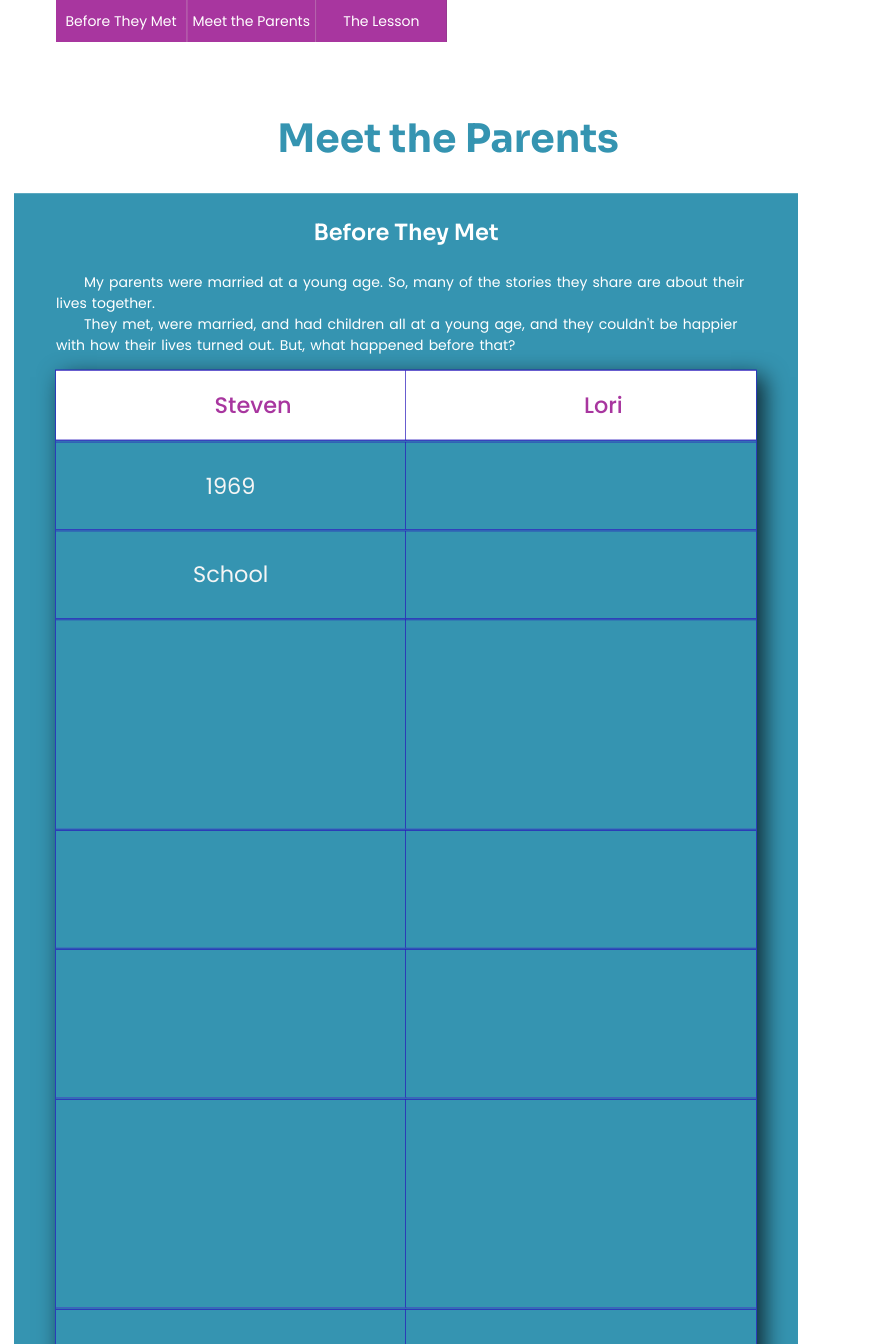
Repository: Sbethm/parents-tribute
Page: timeline.html
The author's editor kept a copy of each file at every save. The page is drawn from the files as they stood at one save, then again after the next save.
The browser window is 1280 px wide. The pictures show the part of the page from y = 0 to 1920 px (the page is 3570 px tall), at 70% of full size.

Above is the page before, as saved 2021-02-24 15:17:16.

After the next save:
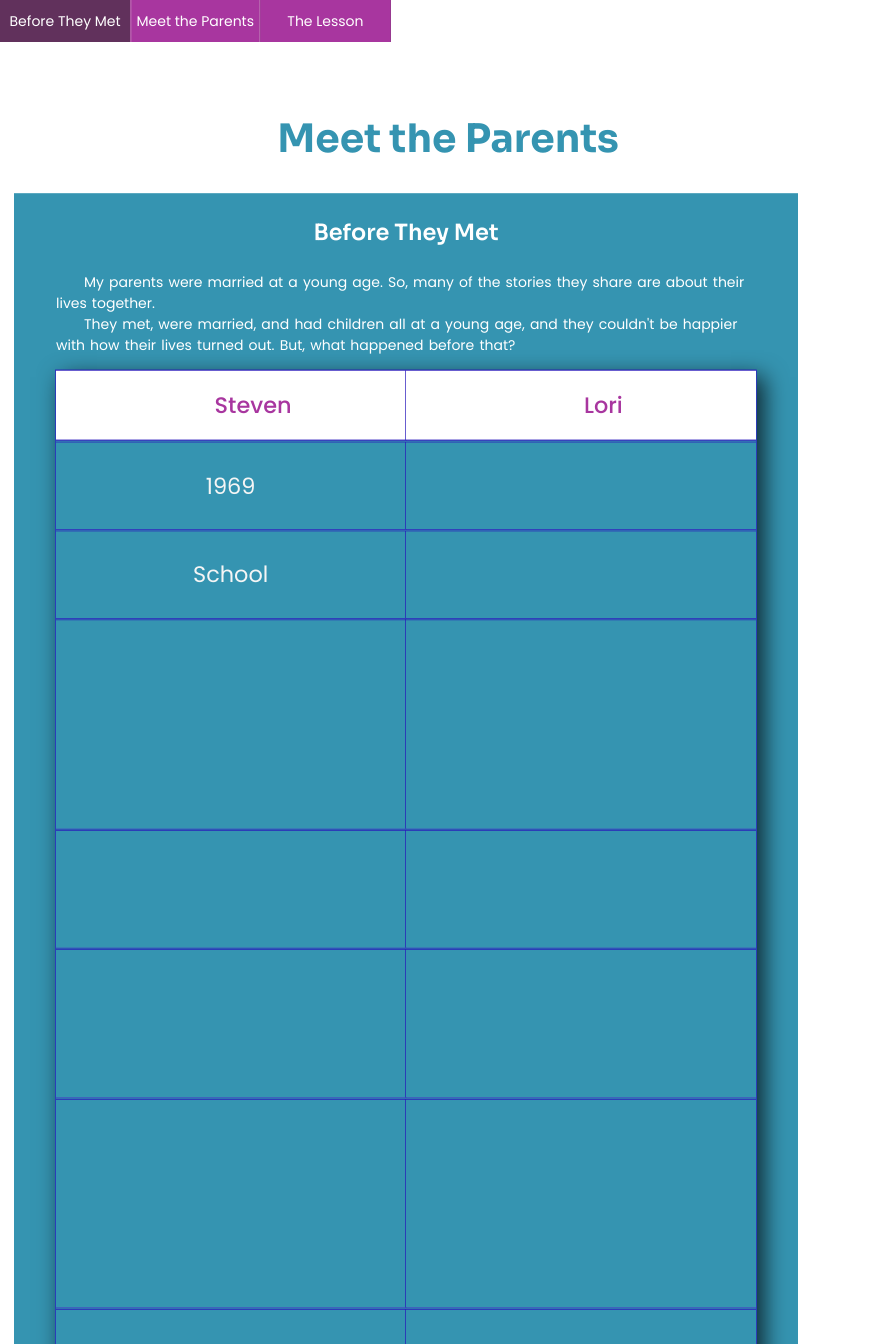
Saved 7 s later.
--- a/style.css
+++ b/style.css
@@ -704,7 +704,7 @@
         top: 0;
     }
 
-    nav {
+     {
         max-width: calc(100vw - 160px);
         margin: 0 80px;
     }

After the save that followed:
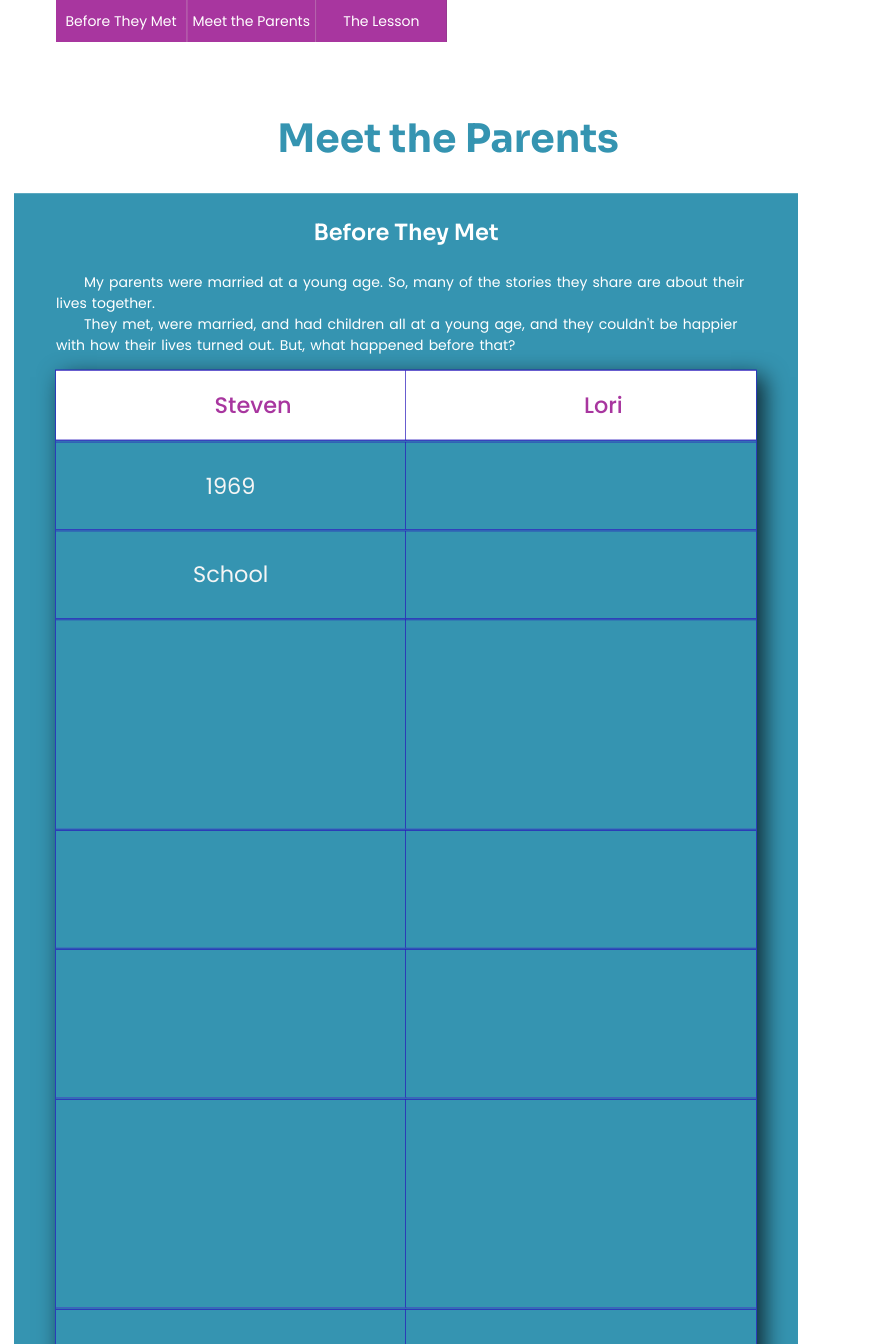
Saved 5 s later.
--- a/style.css
+++ b/style.css
@@ -702,9 +702,6 @@
     .navigation {
         position: fixed;
         top: 0;
-    }
-
-     {
         max-width: calc(100vw - 160px);
         margin: 0 80px;
     }
